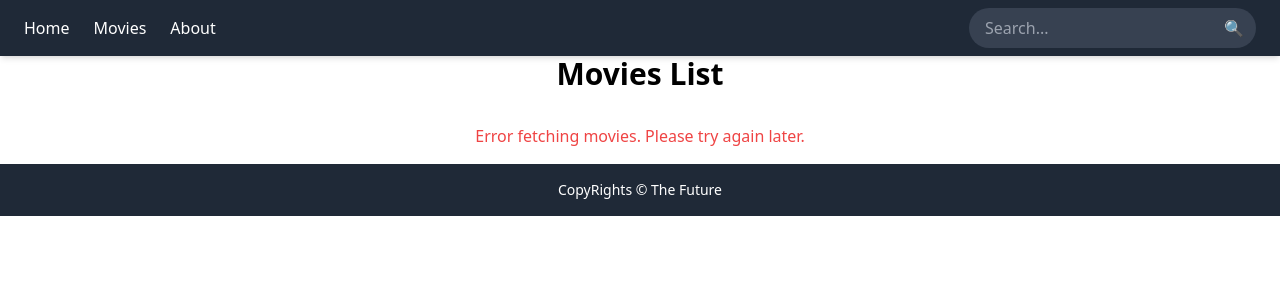
Repository: TheSecretlifeOfX/Movie-Rating
Page: /movies
An editor plug-in stored every save of this project. The page is shown before and after the next save, followed by the edit.
The browser window is 1280 px wide. The pictures show the whole page.
The page's requests for data from a server got no answer. The project was rebuilt for these pictures with package versions that can differ from the ones it lists, and the page was loaded fresh each time. The framework's server and built-in components were replaced by stand-ins that run in the browser. No one was signed in, and anything a server would have sent is missing. Also part of the build but not shown: next.config.ts.

Above is the page before, as saved 2024-12-01 19:45:51.

### app/layout.tsx
// 'use client';
// // import type { Metadata } from "next";
// import { metadata } from "./components/metadata";
// import localFont from "next/font/local";
// import "./globals.css";
// import NavBar from "./components/NavBar";
// import Footer from "./components/Footer";
// import { useState } from "react";

// const geistSans = localFont({
//   src: "./fonts/GeistVF.woff",
//   variable: "--font-geist-sans",
//   weight: "100 900",
// });
// const geistMono = localFont({
//   src: "./fonts/GeistMonoVF.woff",
//   variable: "--font-geist-mono",
//   weight: "100 900",
// });

// // export const metadata: Metadata = {
// //   title: "Create Next App",
// //   description: "Generated by create next app",
// // };

// export default function RootLayout({
//   children,
// }: Readonly<{
//   children: React.ReactNode;
// }>) {
//   const [searchQuery, setSearchQuery] = useState(""); // State to hold the search query

//   // Handle the search query change
//   const handleSearch = (query: string) => {
//     setSearchQuery(query);
//     console.log("Search query:", query); // You can replace this with your actual search logic
//   };

//   return (
//     <html lang="en">
//       <body
//         className={`${geistSans.variable} ${geistMono.variable} antialiased`}
//       >
//         <nav>
//           {/* Pass the handleSearch function to NavBar */}
//           <NavBar onSearch={handleSearch} />
//         </nav>
//         {children}
//         <footer>
//           <Footer />
//         </footer>
//       </body>
//     </html>
//   );
// }

'use client';
import { useRouter } from 'next/navigation'; // Import useRouter
import localFont from 'next/font/local';
import './globals.css';
import NavBar from './components/NavBar';
import Footer from './components/Footer';
import { useState } from 'react';

const geistSans = localFont({
  src: './fonts/GeistVF.woff',
  variable: '--font-geist-sans',
  weight: '100 900',
});

const geistMono = localFont({
  src: './fonts/GeistMonoVF.woff',
  variable: '--font-geist-mono',
  weight: '100 900',
});

export default function RootLayout({
  children,
}: Readonly<{
  children: React.ReactNode;
}>) {
  const router = useRouter(); // Initialize useRouter for navigation
  const [searchQuery, setSearchQuery] = useState(''); // State to hold the search query

  // Handle the search query change
  const handleSearch = (query: string) => {
    setSearchQuery(query); // Update the local search state (optional)
    router.push(`/movies?search=${encodeURIComponent(query)}`); // Navigate to the Movies page with the search query
  };

  return (
    <html lang="en">
      <body
        className={`${geistSans.variable} ${geistMono.variable} antialiased`}
      >
        <nav>
          {/* Pass the handleSearch function to NavBar */}
          <NavBar onSearch={handleSearch} />
        </nav>
        {children}
        <footer>
          <Footer />
        </footer>
      </body>
    </html>
  );
}

### app/movies/page.tsx
'use client';

import React, { useState, useEffect } from "react";
import { useSearchParams } from "next/navigation";
import Link from "next/link";

interface Movie {
  id: string;
  title: string;
  year: string;
  poster: string;
}

const MoviesListPage = () => {
  const [movies, setMovies] = useState<Movie[]>([]);
  const [loading, setLoading] = useState(false);
  const [currentPage, setCurrentPage] = useState(1);
  const [totalPages, setTotalPages] = useState(1);
  const [error, setError] = useState<string>("");

  const searchParams = useSearchParams();
  const searchQuery = searchParams.get("search") || ""; // Default to empty string if not found

  const OMDB_API_KEY = "dfce1fa4";

  // List of random search terms
  const randomSearchTerms = [
    "superman",
    "inception",
    "avengers",
    "matrix",
    "toy story",
    "pirates",
    "frozen",
    "jurassic",
    "harry potter",
    "spiderman",
  ];

  // Select a random term if no search query is provided
  const getRandomSearchTerm = () => {
    const randomIndex = Math.floor(Math.random() * randomSearchTerms.length);
    return randomSearchTerms[randomIndex];
  };

  // Reset page when search query changes
  useEffect(() => {
    setCurrentPage(1);
  }, [searchQuery]);

  useEffect(() => {
    const fetchMovies = async () => {
      setLoading(true);
      setError("");

      const query = searchQuery || getRandomSearchTerm(); // Use random term if no search query
      const url = `https://www.omdbapi.com/?s=${encodeURIComponent(
        query
      )}&page=${currentPage}&apikey=${OMDB_API_KEY}`;

      try {
        const response = await fetch(url);
        if (!response.ok) {
          throw new Error("Failed to fetch data from OMDb API");
        }

        const data = await response.json();

        if (data.Response === "False") {
          setError(data.Error || "No results found.");
        } else if (data.Search && Array.isArray(data.Search)) {
          const formattedMovies = data.Search.map((item: any) => ({
            id: item.imdbID,
            title: item.Title,
            year: item.Year,
            poster: item.Poster || "https://via.placeholder.com/300x400.png",
          }));
          setMovies(formattedMovies);
          setTotalPages(Math.ceil(data.totalResults / 10));
        } else {
          setError("Unexpected data format.");
        }
      } catch (error) {
        setError("Error fetching movies. Please try again later.");
      } finally {
        setLoading(false);
      }
    };

    fetchMovies();
  }, [currentPage, searchQuery]); // Re-fetch when currentPage or searchQuery changes

  const handleNextPage = () => {
    setCurrentPage(currentPage + 1);
  };

  const handlePreviousPage = () => {
    if (currentPage > 1) {
      setCurrentPage(currentPage - 1);
    }
  };

  return (
    <div className="container mx-auto p-4">
      <h1 className="text-3xl font-bold text-center mt-10 mb-8">Movies List</h1>

      {loading ? (
        <p className="text-center text-gray-500">Loading movies...</p>
      ) : error ? (
        <p className="text-center text-red-500">{error}</p>
      ) : (
        <div>
          <div className="grid grid-cols-1 sm:grid-cols-2 md:grid-cols-3 lg:grid-cols-4 gap-6">
            {movies.map((movie) => (
              <div
                key={movie.id}
                className="movie-item bg-white shadow-lg rounded-lg overflow-hidden"
              >
                <Link href={`/movies/${movie.id}`}>
                  <img
                    src={movie.poster}
                    alt={movie.title}
                    className="w-full h-48 object-cover"
                  />
                  <div className="p-4">
                    <h3 className="text-xl font-semibold">{movie.title}</h3>
                    <p className="text-gray-500 text-sm">Year: {movie.year}</p>
                  </div>
                </Link>
              </div>
            ))}
          </div>

          <div className="flex justify-center items-center mt-8 space-x-4">
            <button
              onClick={handlePreviousPage}
              disabled={currentPage === 1}
              className={`px-6 py-2 rounded-full ${
                currentPage === 1
                  ? "bg-gray-300 text-gray-500 cursor-not-allowed"
                  : "bg-purple-500 text-white hover:bg-purple-700"
              }`}
            >
              Previous
            </button>

            <span className="text-gray-700">
              Page {currentPage} of {totalPages}
            </span>

            <button
              onClick={handleNextPage}
              disabled={currentPage === totalPages}
              className={`px-6 py-2 rounded-full ${
                currentPage === totalPages
                  ? "bg-gray-300 text-gray-500 cursor-not-allowed"
                  : "bg-purple-500 text-white hover:bg-purple-700"
              }`}
            >
              Next
            </button>
          </div>
        </div>
      )}
    </div>
  );
};

export default MoviesListPage;

### app/globals.css
@tailwind base;
@tailwind components;
@tailwind utilities;

/* Background Animation */
@keyframes move-background {
  0% {
    transform: translateX(0) translateY(0);
  }
  50% {
    transform: translateX(-10%) translateY(-10%);
  }
  100% {
    transform: translateX(0) translateY(0);
  }
}

.animate-move-background {
  background-size: 200% 200%;
  animation: move-background 15s infinite alternate linear;
}

/* Slideshow Animation */
/* Add this to your global CSS or in the component's style */
@keyframes slideEffect {
  0% {
    transform: translateX(0);
  }
  100% {
    transform: translateX(-100%); /* Move all images out of view */
  }
}

.animate-slide {
  display: flex;
  width: 100%;
  animation: slideEffect 15s linear infinite; /* Animation running infinitely */
}

### app/components/NavBar.tsx
import React, { useState } from 'react';
import Link from 'next/link';

interface NavbarProps {
  onSearch: (query: string) => void;
}

export default function NavBar({ onSearch }: NavbarProps) {
  const [query, setQuery] = useState('');

  const handleSearchChange = (e: React.ChangeEvent<HTMLInputElement>) => {
    setQuery(e.target.value);
  };

  const handleSearchSubmit = (e: React.FormEvent) => {
    e.preventDefault();
    onSearch(query); // Call the onSearch function passed from parent component
    setQuery('');
  };

  return (
    <nav className="fixed top-0 left-0 w-full bg-gray-800 text-white py-2 px-6 flex justify-between items-center z-50 shadow-md">
      {/* Left: Navigation Links */}
      <div className="flex space-x-6">
        <Link href="/" className="hover:text-gray-400">
          Home
        </Link>
        <Link href="/movies" className="hover:text-gray-400">
          Movies
        </Link>
        <a href="#about" className="hover:text-gray-400">
          About
        </a>
      </div>

      {/* Right: Search Bar */}
      <div className="relative">
        <form onSubmit={handleSearchSubmit}>
          <input
            type="text"
            value={query}
            onChange={handleSearchChange}
            placeholder="Search..."
            className="pl-4 pr-10 py-2 bg-gray-700 text-white rounded-full outline-none focus:ring-2 focus:ring-purple-500"
          />
          <button
            type="submit"
            className="absolute right-3 top-1/2 transform -translate-y-1/2 text-gray-400 hover:text-white"
          >
            🔍
          </button>
        </form>
      </div>
    </nav>
  );
}

### app/components/Footer.tsx
import React from 'react';

export default function Footer() {
  return (
    <footer className="w-full bg-gray-800 text-white py-4 text-center z-50">
      <p className="text-sm">
        CopyRights © The Future
      </p>
    </footer>
  );
}

Loaded but not shown: tailwind.config.ts (common file)

After the next save:
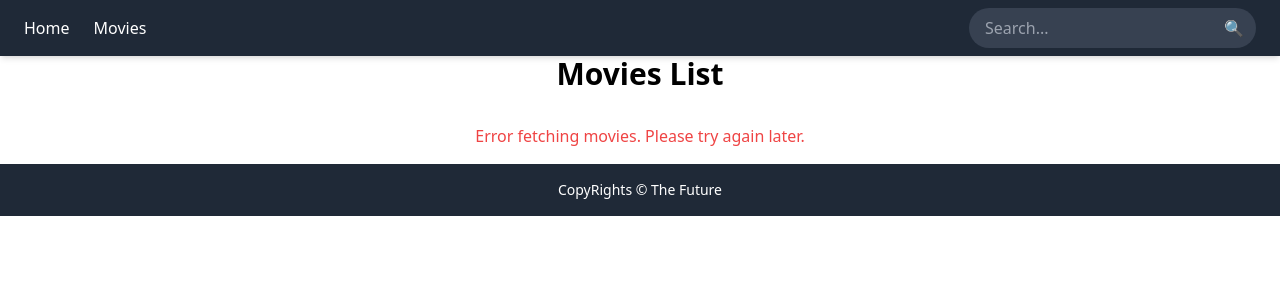
Saved 118 s later.
--- a/app/components/NavBar.tsx
+++ b/app/components/NavBar.tsx
@@ -1,4 +1,7 @@
+'use client';
+
 import React, { useState } from 'react';
+import { usePathname } from 'next/navigation';
 import Link from 'next/link';
 
 interface NavbarProps {
@@ -7,6 +10,7 @@ interface NavbarProps {
 
 export default function NavBar({ onSearch }: NavbarProps) {
   const [query, setQuery] = useState('');
+  const pathname = usePathname(); // Get the current pathname
 
   const handleSearchChange = (e: React.ChangeEvent<HTMLInputElement>) => {
     setQuery(e.target.value);
@@ -28,9 +32,11 @@ export default function NavBar({ onSearch }: NavbarProps) {
         <Link href="/movies" className="hover:text-gray-400">
           Movies
         </Link>
-        <a href="#about" className="hover:text-gray-400">
-          About
-        </a>
+        {pathname === '/' && ( // Conditionally render the "About" link
+          <a href="#about" className="hover:text-gray-400">
+            About
+          </a>
+        )}
       </div>
 
       {/* Right: Search Bar */}
